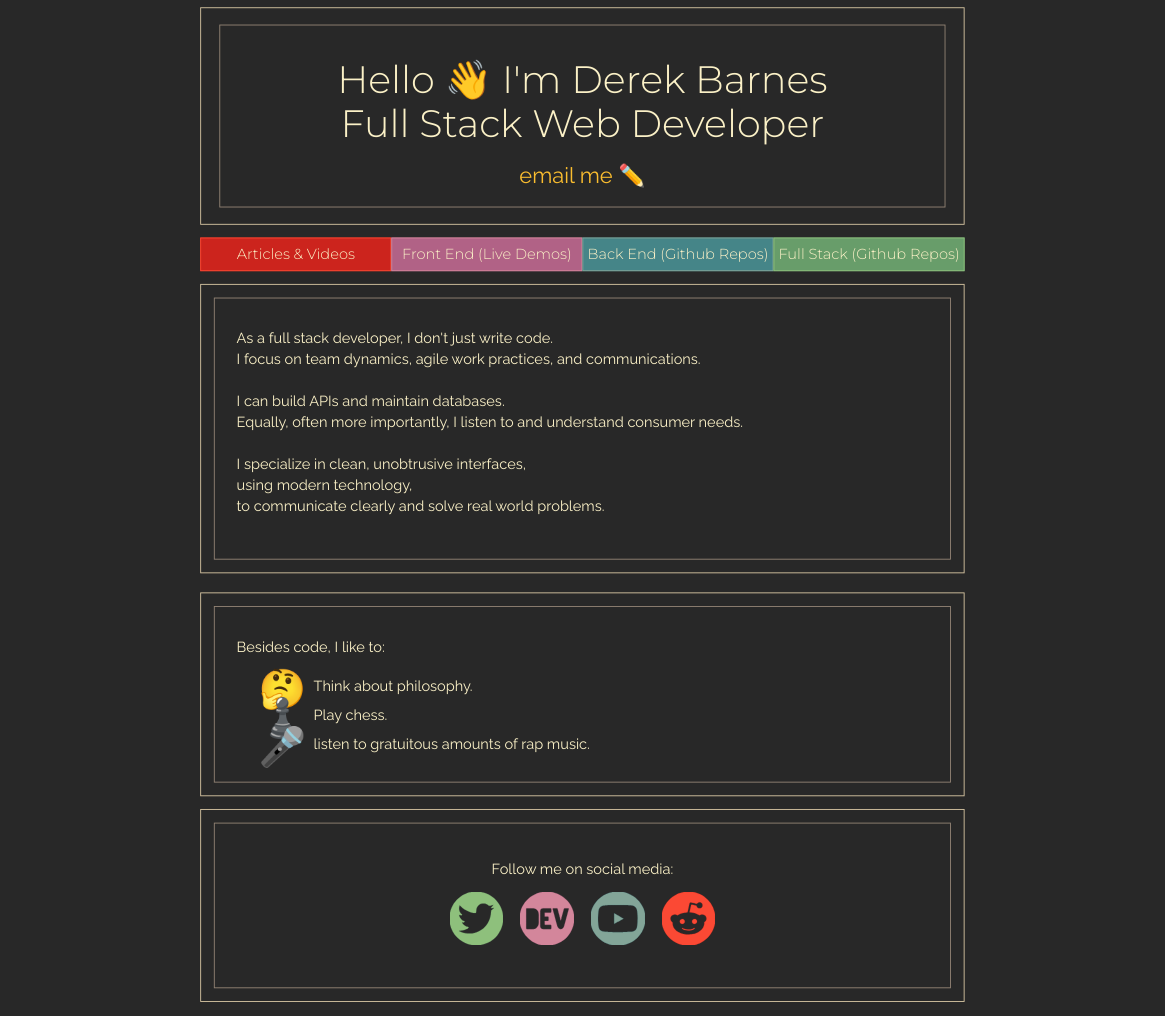
Repository: dsbarnes/groovy-blog
Page: index.html
These files come from the project's save history. The page is drawn as it stood at one moment and after the next save; the edit follows.
The browser window is 1280 px wide. The pictures show the whole page, at 91% of full size.
The style sheet was rebuilt from its Sass, Less or Tailwind sources for each picture, by a compiler version that may differ from the author's.

Above is the page before, as saved 2020-05-09 20:29:37.
Console error: TypeError: Cannot read properties of null (reading 'addEventListener')

### index.html
<!DOCTYPE html>
<html lang="en">

<head>
    <meta charset="UTF-8">
    <meta name="viewport" content="width=device-width, initial-scale=1.0">
    <link href="https://fonts.googleapis.com/css2?family=Montserrat:wght@300&display=swap" rel="stylesheet">
    <link href="https://fonts.googleapis.com/css2?family=Raleway&display=swap" rel="stylesheet">

    <title>D.S. Barnes</title>

    <link rel="stylesheet" href="./CSS/style.css">
</head>

<body>
    <div class="container">

        <div id='nameCard'>
            <div id="doubleBorder">
                <p>Hello 👋 I'm Derek Barnes</p>
                <p>Full Stack Web Developer</p>
                <br />
                <small><a href='mailto:derekb0147@gmail.com'>email me ✏️</a></small>
                <br />
            </div>
        </div>

        <div id='selections'>
            <p class='nav' data-color='red' id='articles'>Articles & Videos</p>
            <p class='nav' data-color='purple' id='frontend'>Front End (Live Demos)</p>
            <p class='nav' data-color='blue' id='backend'>Back End (Github Repos)</p>
            <p class='nav' data-color='aqua' id='fullstack'>Full Stack (Github Repos)</p>
        </div>

        <!-- <button id="toggle-button">Toggle collapse</button> -->

        <!-- Section one -->
        <div class="content">
            <div class='double-border'>
                <div id='about-section-text'>
                    <p>As a full stack developer, I don't just write code.</p>
                    <p>I focus on team dynamics, agile work practices, and communications.</p>
                    <br />
                    <p>I can build APIs and maintain databases.</p>
                    <p>Equally, often more importantly, I listen to and understand consumer needs.</p>
                    <br />
                    <p>I specialize in clean, unobtrusive interfaces,</p>
                    <p>using modern technology,</p>
                    <p>to communicate clearly and solve real world problems.</p>
                </div>

                <div id='articles-section-text'></div>
                <div id='frontend-section-text'></div>
                <div id='backend-section-text'></div>
                <div id='fullstack-section-text'></div>

            </div>
        </div>


        <!-- Section two -->
        <div class="hobbies collapsible">
            <div class='double-border collapsible'>

                <p>Besides code, I like to:</p>
                <br />

                <p class='xpad'>
                    <span class='bigEmoji'>🤔</span>
                    <span class='emojiText'>Think about philosophy.</span>
                </p>

                <p class='xpad'>
                    <span class='bigEmoji'>♟️</span>
                    <span class='emojiText'>Play chess.</span>
                </p>

                <p class='xpad'>
                    <span class='bigEmoji'>🎤</span>
                    <span class='emojiText'>listen to gratuitous amounts of rap music.</span>
                </p>


            </div>
        </div>


        <!-- Section three -->
        <div class="social-media">
            <div class="double-border">

                <p>Follow me on social media:</p>

                <div id='media-icons'>
                    <img src='../SVG/twitterLogo.svg'><a href='#' id='twitter'></a></img>
                    <img src='../SVG/devLogo.svg'><a href='#' id="devto"></a></img>
                    <img src='../SVG/youtubeLogo.svg'><a href='#' id='youtube'></a></img>
                    <img src='../SVG/redditLogo.svg'><a href='#' id='reddit'></a></img>
                </div>

            </div>
        </div>

    </div><!-- container -->

    <script type=module src="index.js"></script>
</body>

</html>

### index.js
import articles from './components/articles.js'
import repos from './components/repos.js'

import articlesData from './siteData/articles.js'
import backendData from './siteData/backEnd.js'
import frontendData from './siteData/frontEnd.js'
import fullstackData from './siteData/fullStack.js'

document.querySelector('#toggle-button')
    .addEventListener('click',
        function () {
            // Remove the about me section:
            const aboutText = document.getElementById('about-section-text')
            aboutText.style.display = 'none'

            // Add overflow: scroll
            document.querySelector('.section-one')
                .classList.toggle('collapsed')

            // Shrinks and fades out the middle box
            document.querySelector('.section-two.collapsible')
                .classList.toggle('collapsed')

            document.querySelector('.section-three')
                .classList.toggle('collapsed')

            // repopulate what was the about section
            // it is now the section the user clicked
            repos(backendData)




            // document.querySelector('.double-border.collapsible')
            //     .classList.toggle('collapsed')
        });

### components/articles.js
function modules(arr) {
    console.log('modules works')
}

export default modules

### components/repos.js
function repos(arr) {

    const root = document.getElementById('articles-section-text')

    for (const element of arr) {

        const keys = Object.keys(element)

        const container = document.createElement('div')
        const title = document.createElement('h1')
        const repolink = document.createElement('p')
        const demolink = document.createElement('p')
        const description = document.createElement('p')

        title.innerHTML = element['Repo']
        container.appendChild(title)

        repolink.innerHTML = element['RepoLink']
        container.appendChild(repolink)

        demolink.innerHTML = element['DemoLink']
        container.appendChild(demolink)

        description.innerHTML = element['Description']
        container.appendChild(description)


        container.id = 'article'
        root.appendChild(container)

    }
}

export default repos

### siteData/articles.js
const articleData = [
    {
        "Title": "Article Project One",
        "Link": "blah.com",
        "Date": "date-posted",
        "Short": "fjdklsafjdlks;fajsdl;f"
    },
    {
        "Title": "Article Project Two",
        "Link": "blah.com",
        "Date": "date-posted",
        "Short": "fjdklsafjdlks;fajsdl;f"
    },
    {
        "Title": "Article Project Three",
        "Link": "blah.com",
        "Date": "date-posted",
        "Short": "fjdklsafjdlks;fajsdl;f"
    },
    {
        "Title": "Article Project Four",
        "Link": "blah.com",
        "Date": "date-posted",
        "Short": "fjdklsafjdlks;fajsdl;f"
    },
    {
        "Title": "Article Project Five",
        "Link": "blah.com",
        "Date": "date-posted",
        "Short": "fjdklsafjdlks;fajsdl;f"
    }
]

export default articleData

### siteData/backEnd.js
const backendData = [
    {
        "Repo": "Back End Project One",
        "RepoLink": "blah.com",
        "Description": "README.md"
    },
    {
        "Repo": "Back End Project Two",
        "RepoLink": "blah.com",
        "Description": "README.md"
    },
    {
        "Repo": "Back End Project Three",
        "RepoLink": "blah.com",
        "Description": "README.md"
    },
    {
        "Repo": "Back End Project Four",
        "RepoLink": "blah.com",
        "Description": "README.md"
    },
    {
        "Repo": "Back End Project Five",
        "RepoLink": "blah.com",
        "Description": "README.md"
    }
]

export default backendData

### siteData/frontEnd.js
const frontendData = [
    {
        "Repo": "Front End Project One",
        "RepoLink": "blah.com",
        "DemoLink": "demo link",
        "Description": "README.md"
    },
    {
        "Repo": "Front End Project Two",
        "RepoLink": "blah.com",
        "DemoLink": "demo link",
        "Description": "README.md"
    },
    {
        "Repo": "Front End Project Three",
        "RepoLink": "blah.com",
        "DemoLink": "demo link",
        "Description": "README.md"
    },
    {
        "Repo": "Front End Project Four",
        "RepoLink": "blah.com",
        "DemoLink": "demo link",
        "Description": "README.md"
    },
    {
        "Repo": "Front End Project Five",
        "RepoLink": "blah.com",
        "DemoLink": "demo link",
        "Description": "README.md"
    }
]

export default frontendData

### siteData/fullStack.js
const fullstackData = [
    {
        "Repo": "Full Stack Project One",
        "RepoLink": "blah.com",
        "Description": "README.md"
    },
    {
        "Repo": "Full Stack Project Two",
        "RepoLink": "blah.com",
        "Description": "README.md"
    },
    {
        "Repo": "Full Stack Project Three",
        "RepoLink": "blah.com",
        "Description": "README.md"
    },
    {
        "Repo": "Full Stack Project Four",
        "RepoLink": "blah.com",
        "Description": "README.md"
    },
    {
        "Repo": "Full Stack Project Five",
        "RepoLink": "blah.com",
        "Description": "README.md"
    }
]

export default fullstackData

### style.scss
// Main Container:
// Sizings - everything is a multiple of 14!!
$container-width: 840px;
$container-height: 1100px;
$outer-width: $container-width * .8;
$margin-pad-sizing: 14px;


// Gruvbox colors:
$background-color: #282828;
$background-alt-color: #3c3836;
$font-color: #fbf1c7;
$font-alt-color: #ebdbb2;
$outer-border: #d5c4a1;
$inner-border: #928374;
$red-color: #cc241d;
$light-red-color: #fb4934;
$green-color: #98971a;
$light-green-color: #b8bb26;
$yellow-color: #d79921;
$light-yellow-color: #fabd2f;
$blue-color: #458588;
$light-blue-color: #83a598;
$purple-color: #b16286;
$light-purple-color: #d3869b;
$aqua-color: #689d6a;
$light-aqua-color: #8ec07c;


// Font:
$title-font: 'Montserrat', sans-serif;
$body-font: 'Raleway', sans-serif;
$title-font-size: 42px;
$body-font-size: 16px;


//Mixins:
@mixin bg-border($bg-color, $border-color){
  background-color: $bg-color;
  border: 1px solid $border-color;
}
@mixin font-fam-size($fam, $size){
  font-family: $fam;
  font-size: $size;
}
@mixin sectionButton($bg-color, $border-color){
  @include bg-border($bg-color, $border-color);
  @include font-fam-size($title-font, $body-font-size);
  display: inline-block;
  margin: 0 auto;
  padding: 8px 0px;
  text-align: center;
  width: (($container-width / 4));
}

// Keyframes:
@keyframes fade-in{
  from{color: white;}
  to{ color: black;}
}
#article{ animation: fade-in 3s forwards;}


// Overall styling:
* { box-sizing:border-box; }
body{ background-color: $background-color; color: $font-color }

//Everything visible is inside this container:
.container {
  display:flex;
  flex-direction:column;
  justify-content:flex-start;
  width: $container-width;
  margin: 0 auto;
  // we're required to set height explicitly
  height: $container-height;
}

// Name Card
#nameCard{
  border: 1px solid $outer-border;
  padding: 4px;
  text-align: center;
  line-height: 7px;

  small{ @include font-fam-size($body-font, $body-font-size*1.5); }
  a{ text-decoration: none; color: $light-yellow-color }

  #doubleBorder{
      @include bg-border($background-color, $inner-border);
      p{ @include font-fam-size($title-font, $title-font-size);}
      margin: 14px auto;
      padding: 14px 14px 28px 14px;

      // 14px b/c of margin.
      // Why *3? Good question.
      width: ($container-width - 14px*3);
  }
}

// Nav 'buttons'
#selections{
  display: flex;
  justify-content: space-between;
  margin-top: 14px;
}
#articles{ @include sectionButton($red-color, $light-red-color) }
#frontend{ @include sectionButton($purple-color, $light-purple-color) }
#backend{ @include sectionButton($blue-color, $light-blue-color) }
#fullstack{ @include sectionButton($aqua-color, $light-aqua-color) }

// General double border settings, different from
// name card b/c ...damnit
.double-border{
  border: 1px solid $inner-border;
  height: calc(100% - 28px);
  width: calc(100% - 28px);
  margin: 14px auto 0 auto;
  padding: 24px;
}
.double-border.collapsed { border: 0px solid white; }


// This is the section that expands:
.content{
  @include bg-border($background-color, $outer-border);
  @include font-fam-size($body-font, $body-font-size);
  line-height: 7px;
  margin: 14px 0;
  flex: 3;
  // overflow: hidden;
}
.content.collapsed{
  // overflow: hidden;
  .double-border{ overflow: scroll; }
}
// This section dissapears:
.hobbies {
  // note that we're transitioning flex, not height!
  @include bg-border($background-color, $outer-border);
  @include font-fam-size($body-font, $body-font-size);
  line-height: 7px;
  margin: 7px 0;
  flex: 2;
  .bigEmoji{ font-size: $title-font-size; }
  .xpad{ padding-left: 24px; }
  .emojiText{
      bottom: 12px;
      padding-left: 4px;
      position: relative;
  }
  // overflow:hidden;
  transition:all 0.4s ease;
  transition-property: flex, border, margin, padding, color;
}
.hobbies.collapsed {
  border: 0px solid $background-color;
  color: $background-color;
  flex: 0;
  margin: 0 200px;
  padding: 0 400px;
}
// This section never changes
.social-media{
  @include bg-border($background-color, $outer-border);
  @include font-fam-size($body-font, $body-font-size);
  text-align: center;
  margin: 7px 0;
  flex: 2;
  transition: all 0.6s ease;
}
.section-three.collapsed{ flex: 1; }


// Social Media Icons:
#media-icons{
  width: $container-width / 2;
  margin: 0 auto;
  text-align: center;
  line-height: 14px;
  img{ width: 14.2%; margin: 0 7px; }
}

After the next save:
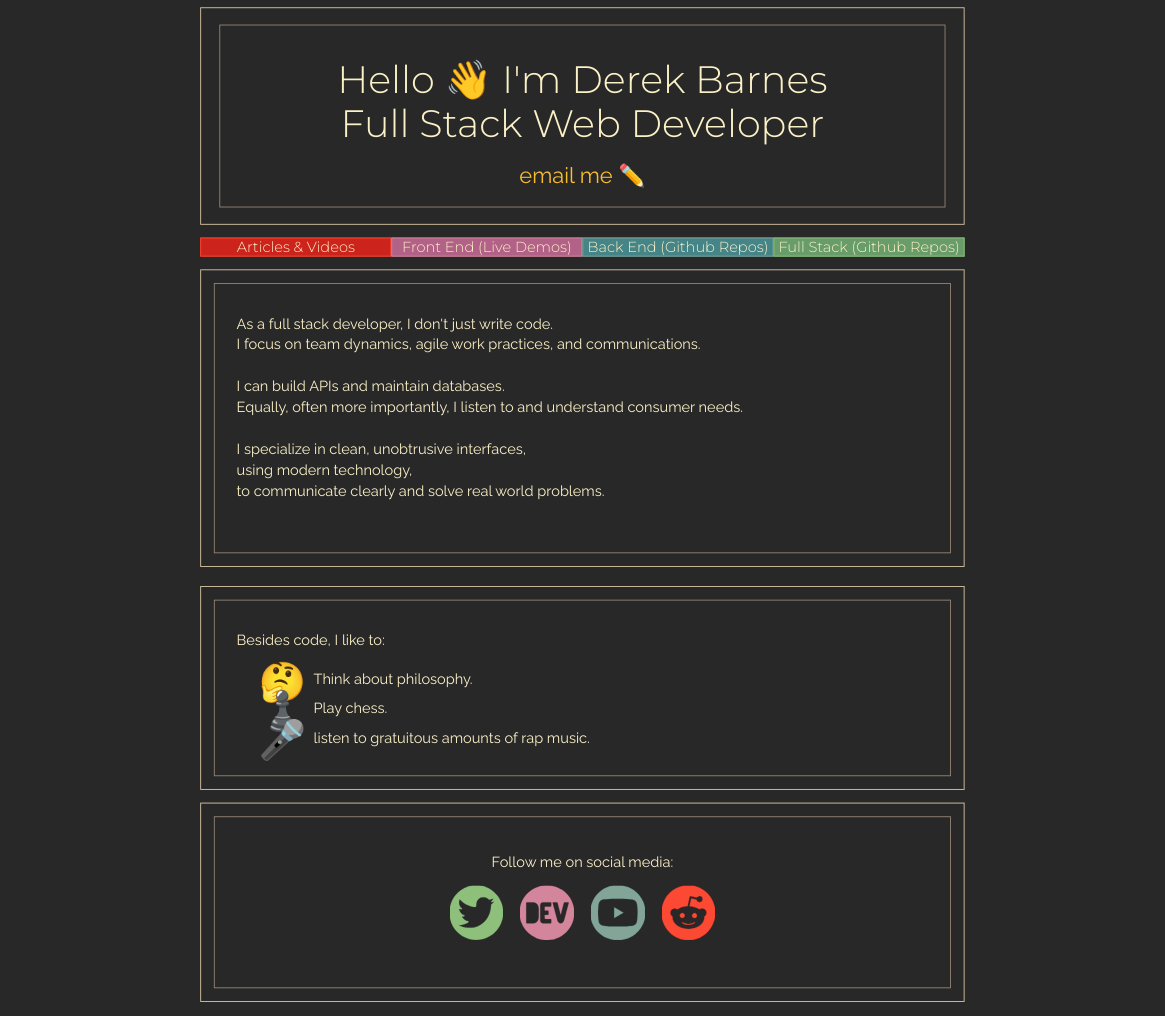
Saved 4 s later.
--- a/style.scss
+++ b/style.scss
@@ -48,7 +48,7 @@ $body-font-size: 16px;
   @include font-fam-size($title-font, $body-font-size);
   display: inline-block;
   margin: 0 auto;
-  padding: 8px 0px;
+  padding: 0px 0px;
   text-align: center;
   width: (($container-width / 4));
 }
